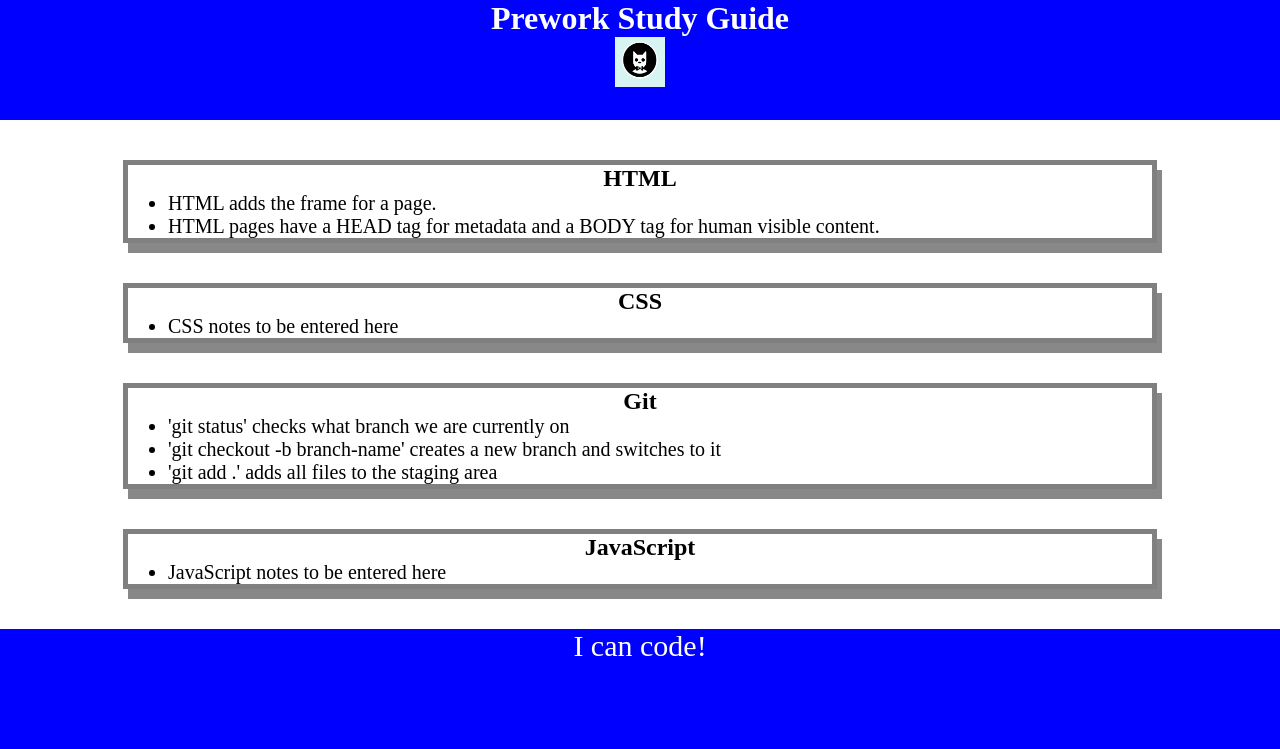
Repository: nickburton/prework-study-guide
Page: index.html
The author's editor kept a copy of each file at every save. The page is drawn from the files as they stood at one save, then again after the next save.
The browser window is 1280 px wide. The pictures show the whole page.

Above is the page before, as saved 2023-08-14 18:12:29.

After the next save:
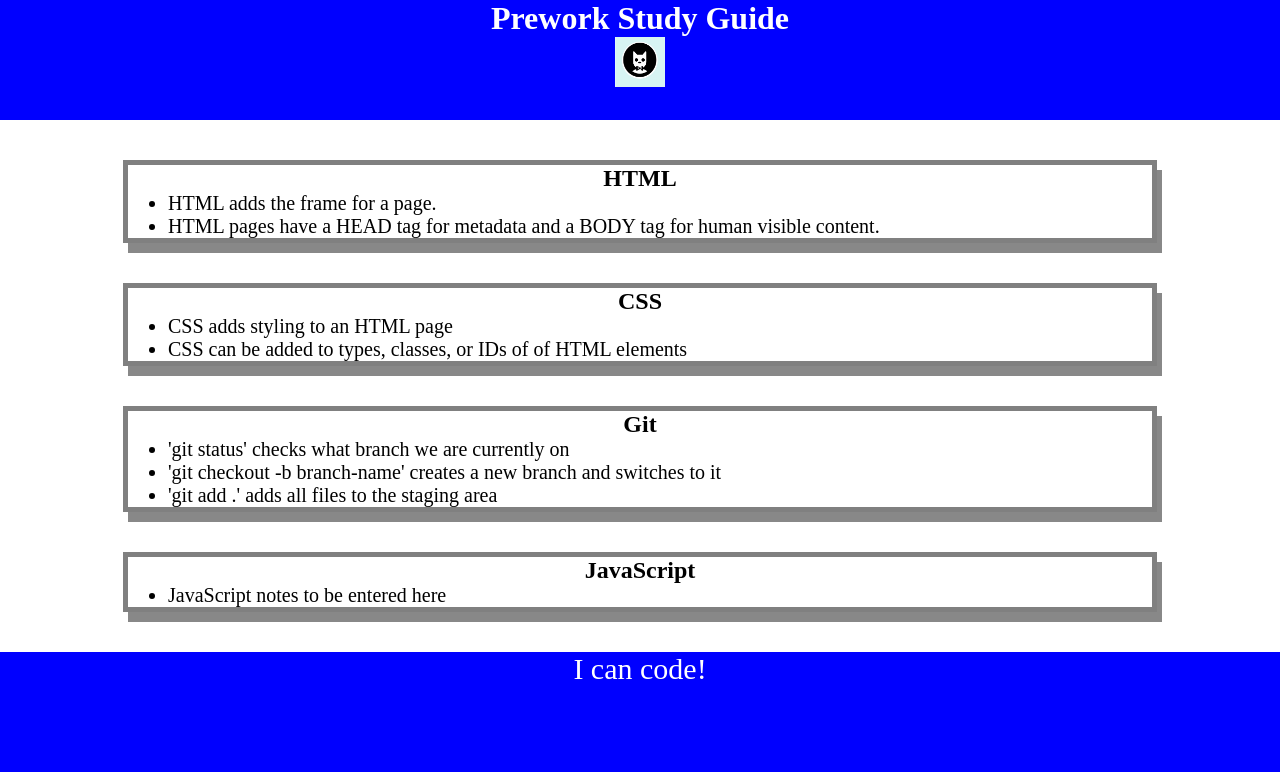
Saved 2 min 27 s later.
--- a/index.html
+++ b/index.html
@@ -30,7 +30,10 @@
       <section class="card" id="css-section">
         <h2>CSS</h2>
         <ul>
-          <li>CSS notes to be entered here</li>
+          <li>CSS adds styling to an HTML page</li>
+          <li>
+            CSS can be added to types, classes, or IDs of of HTML elements
+          </li>
         </ul>
       </section>
 
